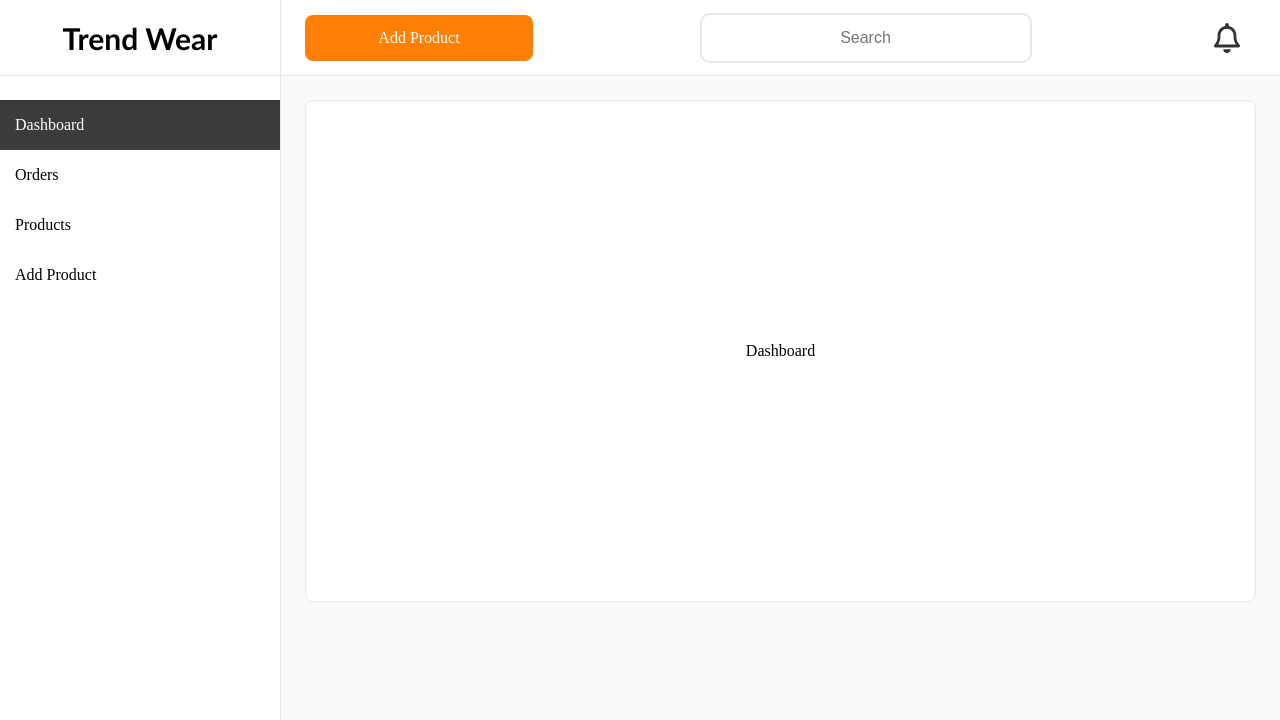
Repository: ahmad-dev7/TrendWear
Page: / (app in trend_wear_dashboard/)
An editor plug-in stored every save of this project. The page is shown before and after the next save, followed by the edit.
The browser window is 1280 px wide. The pictures show the whole page.
The project was rebuilt for these pictures with package versions that can differ from the ones it lists, and the page was loaded fresh each time. Also part of the build but not shown: trend_wear_dashboard/vite.config.ts.

Above is the page before, as saved 2025-01-19 21:34:24.

After the next save:
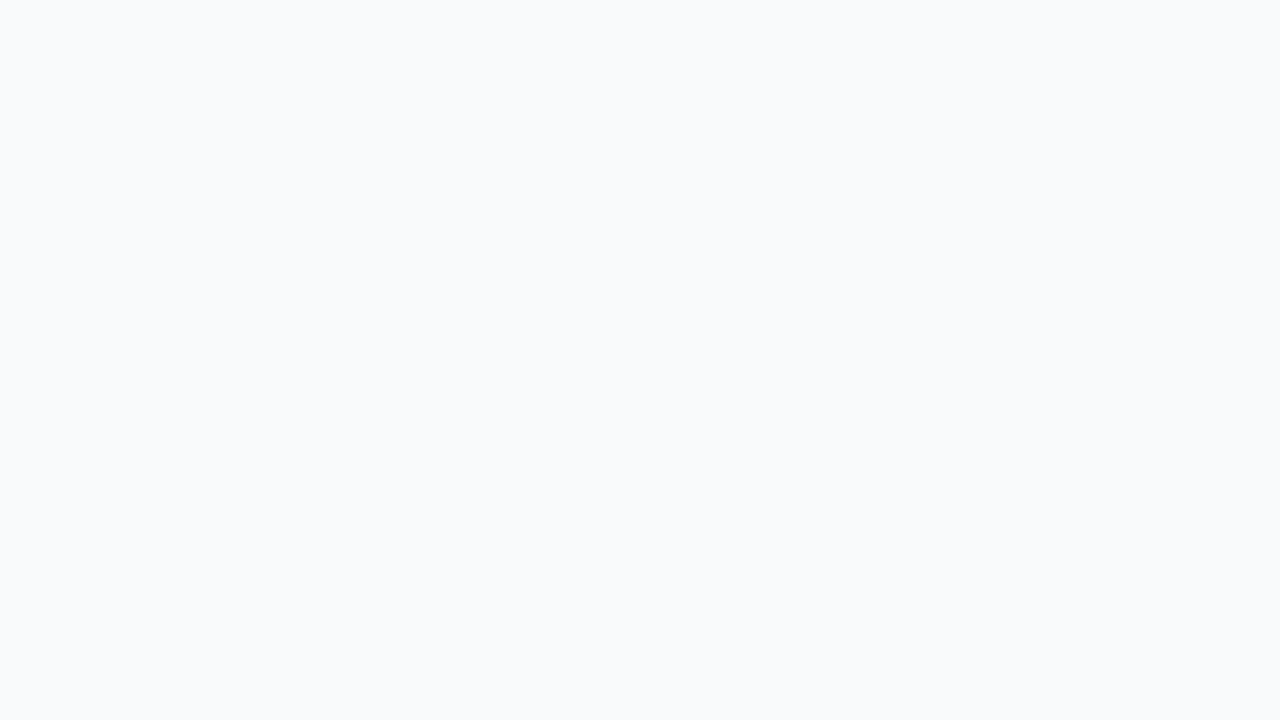
Console error: ReferenceError: tabs is not defined
Saved 6 min 3 s later.
--- a/trend_wear_dashboard/src/Components/Sidebar/SidebarContent.tsx
+++ b/trend_wear_dashboard/src/Components/Sidebar/SidebarContent.tsx
@@ -1,11 +1,11 @@
 import "./Sidebar.css";
 import { useState } from "react";
 interface Props {
-  tabs: string[];
+  tabsList: string[];
   onSelectTab: (tab: string) => void;
 }
 
-const SidebarContent = ({ tabs, onSelectTab }: Props) => {
+const SidebarContent = ({ tabsList, onSelectTab }: Props) => {
   const [active, setTab] = useState("Dashboard");
   return (
     <>

After the 3 saves that followed:
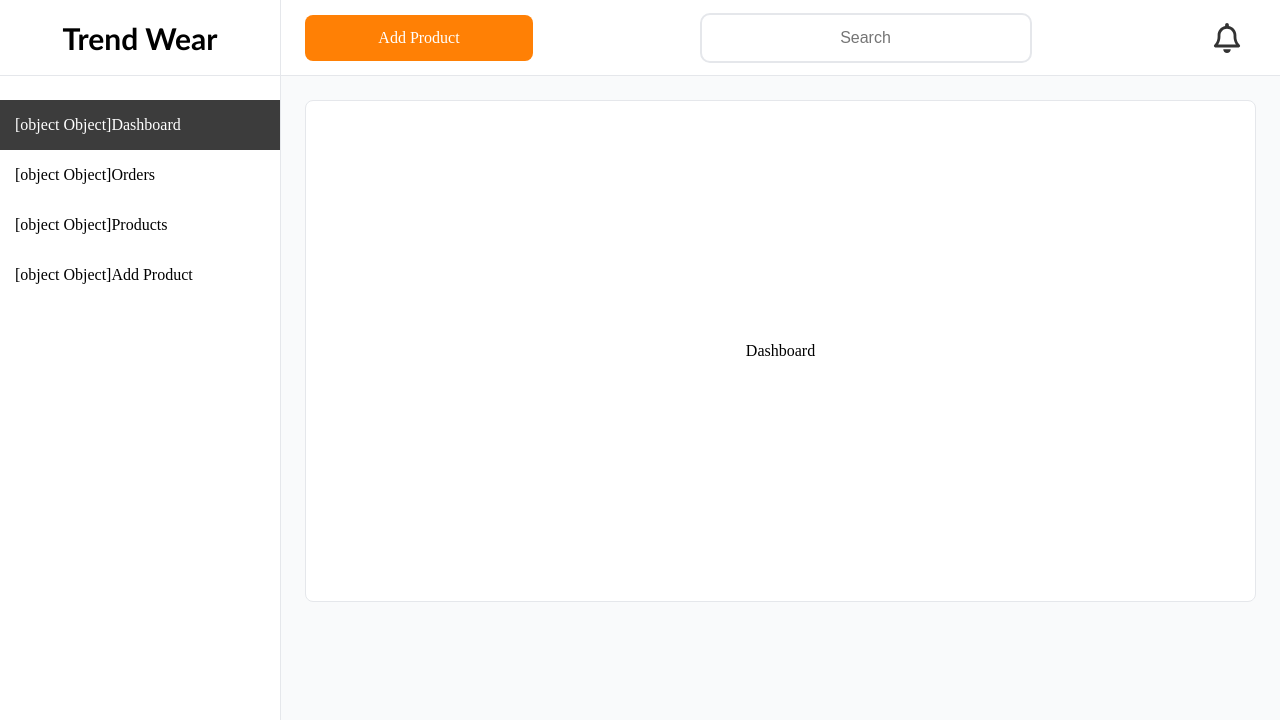
The error is gone.
The 3 saves are shown as one change because 2 left the picture as it was.
The last was saved 4 min 18 s later.
--- a/trend_wear_dashboard/src/Components/Sidebar/Sidebar.tsx
+++ b/trend_wear_dashboard/src/Components/Sidebar/Sidebar.tsx
@@ -4,7 +4,6 @@ import { RxDashboard } from "react-icons/rx";
 import { TbShoppingCartShare } from "react-icons/tb";
 import { BsShop } from "react-icons/bs";
 import { IoBagAddOutline } from "react-icons/io5";
-import { IconType } from "react-icons";
 
 interface Props {
   onSelectTab: (tab: string) => void;
@@ -12,23 +11,22 @@ interface Props {
 
 const Sidebar = ({ onSelectTab }: Props) => {
   interface Tabs {
-    icon: IconType;
+    icon: JSX.Element;
     label: string;
   }
 
-  var tabs = ["Dashboard", "Orders", "Products", "Add Product"];
-  var tabsIcons = [
-    <RxDashboard />,
-    <TbShoppingCartShare />,
-    <BsShop />,
-    <IoBagAddOutline />,
+  const tabs: Tabs[] = [
+    { label: "Dashboard", icon: <RxDashboard /> },
+    { label: "Orders", icon: <TbShoppingCartShare /> },
+    { label: "Products", icon: <BsShop /> },
+    { label: "Add Product", icon: <IoBagAddOutline /> },
   ];
 
   return (
     <div id="sidebar">
       <div className="header">Trend Wear</div>
       <ul id="sidebar-content">
-        <SidebarContent tabs={tabs} onSelectTab={onSelectTab} />
+        <SidebarContent tabsList={tabs} onSelectTab={onSelectTab} />
       </ul>
     </div>
   );
--- a/trend_wear_dashboard/src/Components/Sidebar/SidebarContent.tsx
+++ b/trend_wear_dashboard/src/Components/Sidebar/SidebarContent.tsx
@@ -1,7 +1,13 @@
 import "./Sidebar.css";
 import { useState } from "react";
+
+interface Tabs {
+  icon: JSX.Element;
+  label: string;
+}
+
 interface Props {
-  tabsList: string[];
+  tabsList: Tabs[];
   onSelectTab: (tab: string) => void;
 }
 
@@ -9,16 +15,16 @@ const SidebarContent = ({ tabsList, onSelectTab }: Props) => {
   const [active, setTab] = useState("Dashboard");
   return (
     <>
-      {tabs.map((tab) => (
+      {tabsList.map((tab) => (
         <li
-          key={tab}
-          className={"tab " + (tab == active && "active")}
+          key={tab.label}
+          className={"tab " + (tab.label == active && "active")}
           onClick={() => {
-            setTab(tab);
-            onSelectTab(tab);
+            setTab(tab.label);
+            onSelectTab(tab.label);
           }}
         >
-          {tab}
+          {tab.icon + tab.label}
         </li>
       ))}
     </>
